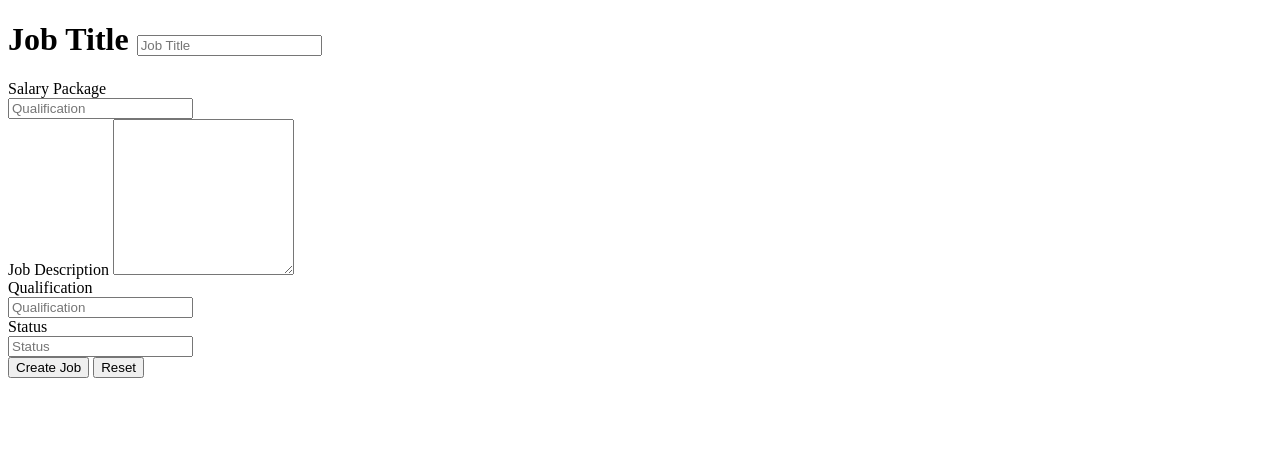
Repository: Indurupi/FriendZone
Page: FriendZoneFrontEnd/WebContent/createjob.html
These files come from the project's save history. The page is drawn as it stood at one moment and after the next save; the edit follows.
The browser window is 1280 px wide. The pictures show the whole page.

Above is the page before, as saved 2017-03-17 09:52:35.

### FriendZoneFrontEnd/WebContent/createjob.html
<!DOCTYPE html>
<html>
<head>
<meta charset="ISO-8859-1">
<title>FriendZone</title>
</head>
<body>
	<div class="container">

		<div class="row">

			<!-- Blog Post Content Column -->
			<div class="col-lg-8">
				<form>


					<h1>
						<div class="form-group">
							<label>Job Title</label> <input type="text" class="form-control"
								placeholder="Job Title">
						</div>
					</h1>
					<div class="lead">
						Salary Package
						<div class="form-group">
							<input type="text" class="form-control"
								placeholder="Qualification">
						</div>
					</div>
					<div class="lead form-group">
						<label>Job Description</label>
						<textarea class="form-control" rows="10"></textarea>
					</div>
					<div class="lead">
						Qualification
						<div class="form-group">
							<input type="text" class="form-control"
								placeholder="Qualification">
						</div>
					</div>
					<div class="lead">
						Status
						<div class="form-group">
							<input type="text" class="form-control" placeholder="Status">
						</div>
					</div>

					<button class="btn" id="custom-button" type="submit">Create
						Job</button>
					<button class="btn" id="custom-button" ng-click="" type="reset">Reset</button>
				</form>
			</div>

		</div>

	</div>
</body>
</html>

After the next save:
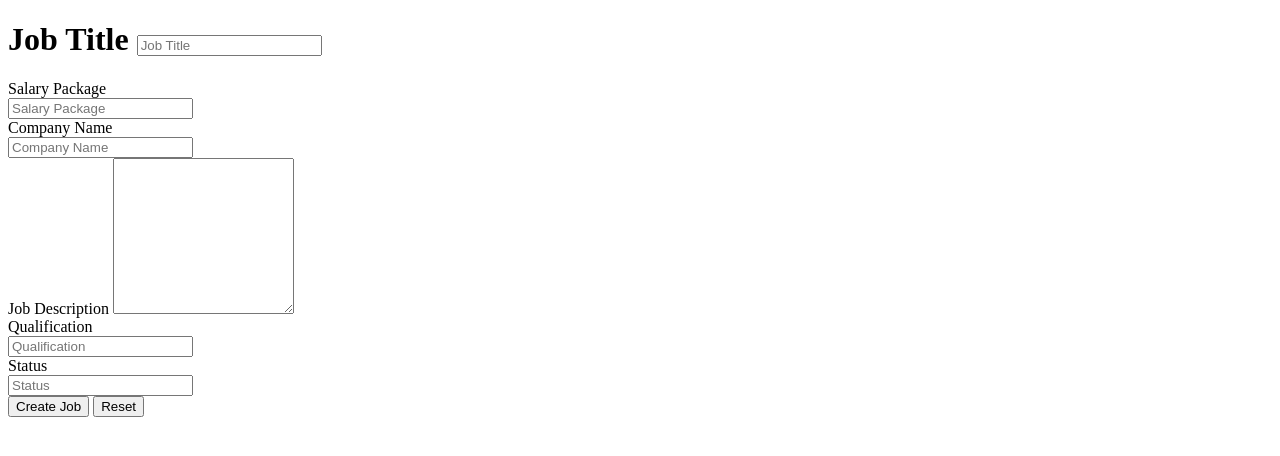
Saved 55 s later.
--- a/FriendZoneFrontEnd/WebContent/createjob.html
+++ b/FriendZoneFrontEnd/WebContent/createjob.html
@@ -24,7 +24,15 @@
 						Salary Package
 						<div class="form-group">
 							<input type="text" class="form-control"
-								placeholder="Qualification">
+								placeholder="Salary Package">
+						</div>
+					</div>
+
+					<div class="lead">
+						Company Name
+						<div class="form-group">
+							<input type="text" class="form-control"
+								placeholder="Company Name">
 						</div>
 					</div>
 					<div class="lead form-group">
